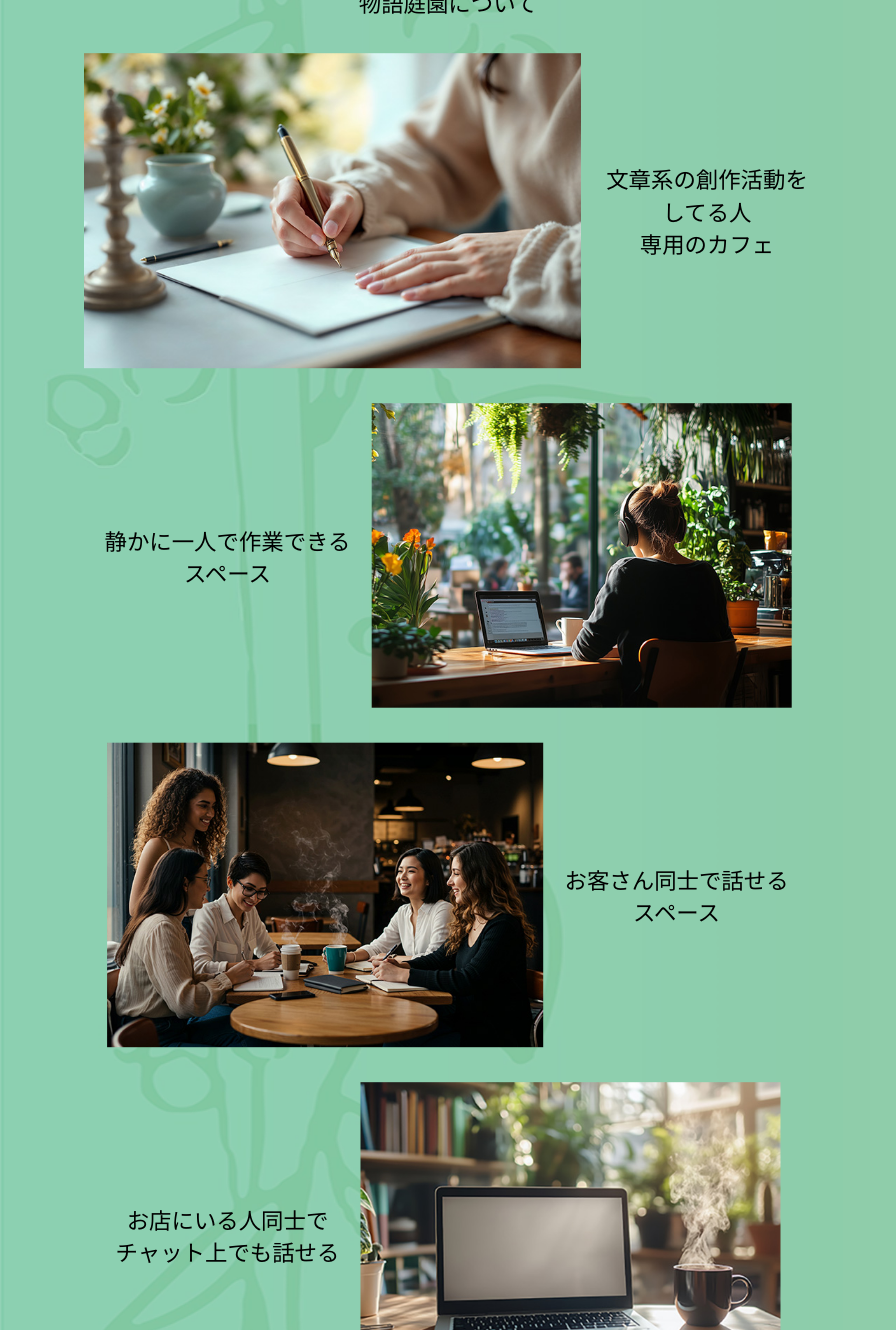
Repository: saka-kou/GardenStory
Page: index.html
An editor plug-in stored every save of this project. The page is shown before and after the next save, followed by the edit.
The browser window is 1280 px wide. The pictures show the part of the page from y = 1020 to 2920 px (the page is 4885 px tall before and 4965 px after), at 70% of full size.
A picture or video elsewhere on the page could not be fetched, so the positions and the page height are approximate. Some web fonts or font styles are not loaded; a fallback is used.

Above is the page before, as saved 2025-07-24 16:35:30.

After the next save:
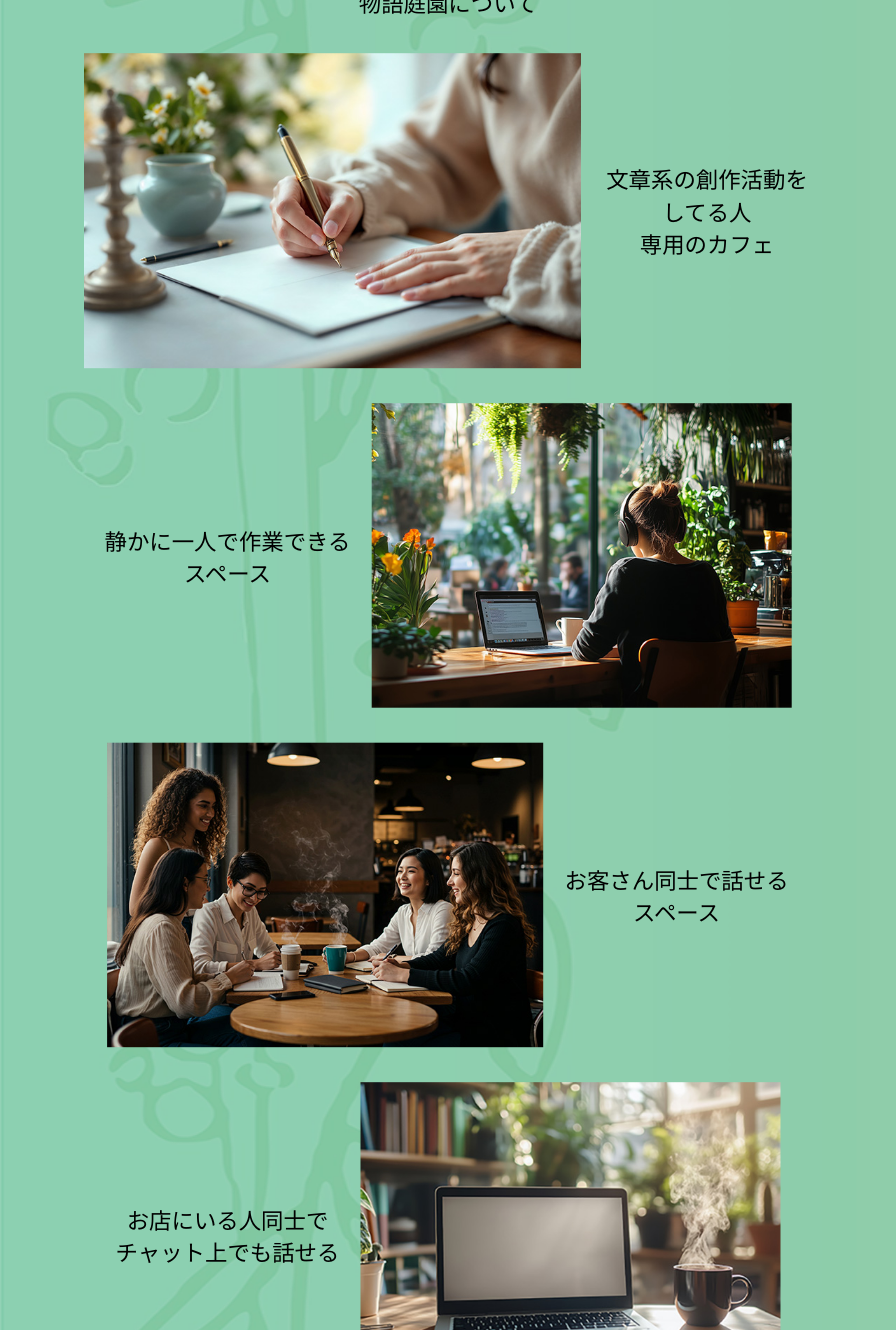
Saved 2 min 6 s later.
--- a/css/index.css
+++ b/css/index.css
@@ -109,7 +109,7 @@ main{
 }
 .topcontents{
     display: flex;
-    margin: 0 25px 25px;
+    margin: 80px 25px 25px;
 }
 .middleWapper{
     display: flex;
